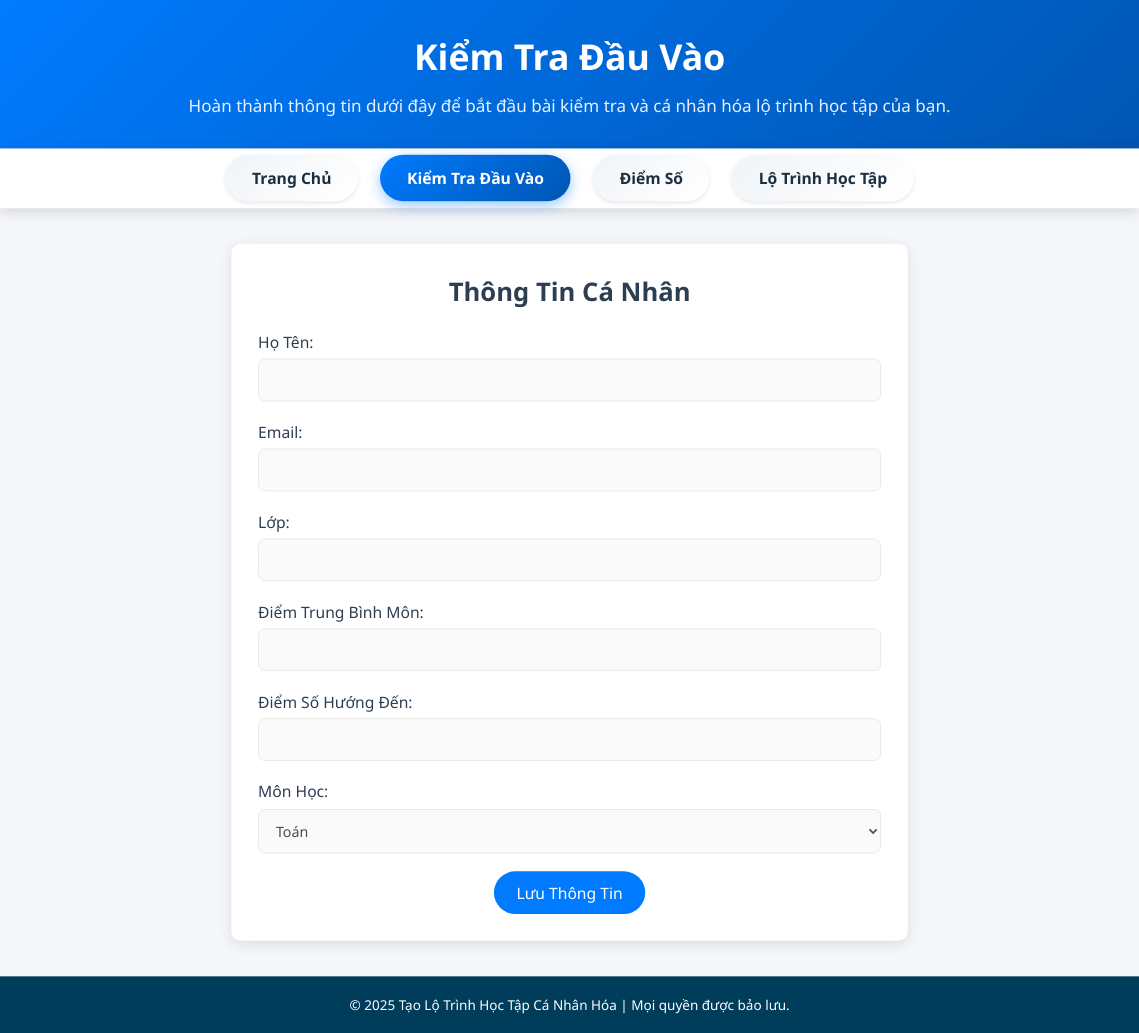
Repository: quankenda73/Prject_Final
Page: INDEX/input-test.html
An editor plug-in stored every save of this project. The page is shown before and after the next save, followed by the edit.
The browser window is 1280 px wide. The pictures show the whole page, at 89% of full size.

Above is the page before, as saved 2025-02-24 21:41:45.

After the next save:
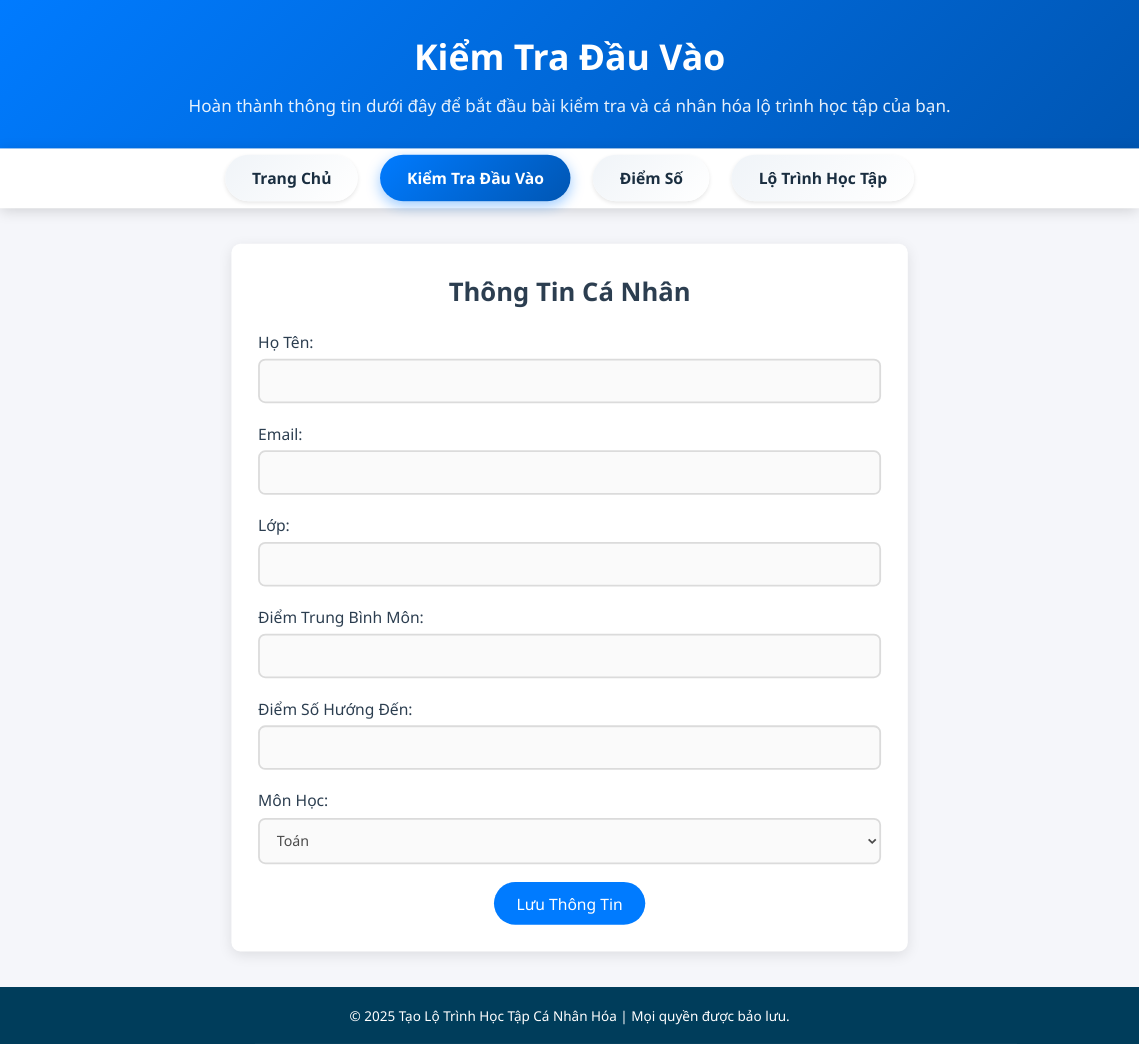
Saved 83 min 11 s later.
--- a/CSS/input_test.css
+++ b/CSS/input_test.css
@@ -127,7 +127,7 @@ section h2 {
 .form-group select {
     padding: 12px 15px;
     font-size: 1rem;
-    border: 1px solid #ddd;
+    border: 2px solid #ccc; /* Viền đậm hơn, màu rõ hơn */
     border-radius: 8px;
     outline: none;
     transition: all 0.3s ease;
@@ -138,13 +138,13 @@ section h2 {
 .form-group input:focus,
 .form-group select:focus {
     opacity: 1; /* Rõ hơn khi focus */
-    border-color: #007bff;
+    border: 2px solid #007bff; /* Viền đậm hơn khi focus */
     box-shadow: 0 0 5px rgba(0, 123, 255, 0.3);
     background-color: #fff;
 }
 
 .form-group input:invalid:focus {
-    border-color: #e74c3c;
+    border: 2px solid #e74c3c; /* Viền đậm hơn khi lỗi */
     box-shadow: 0 0 5px rgba(231, 76, 60, 0.3);
 }
 
